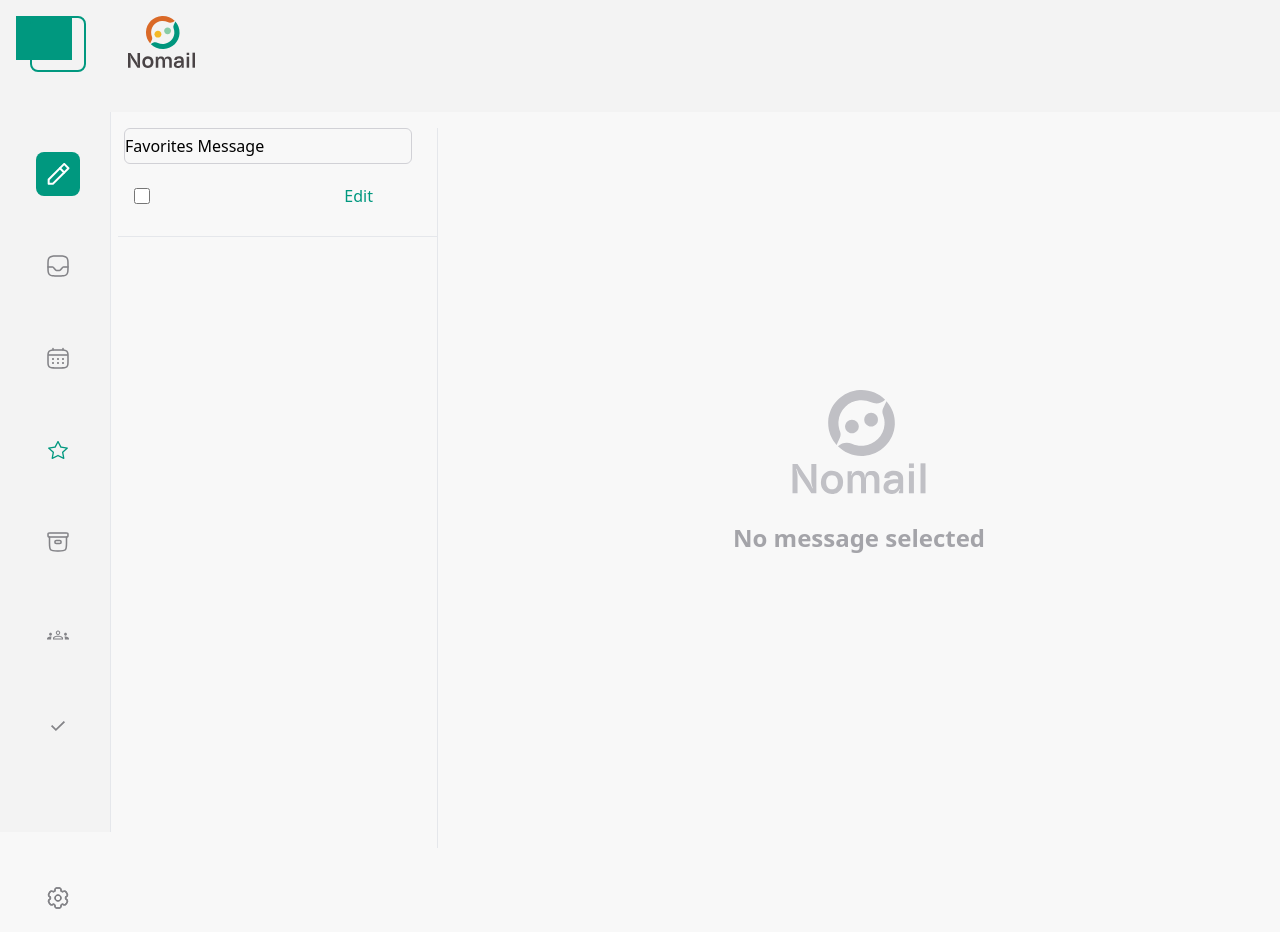
Repository: Tofigkh1/Nomail-App
Page: /favorites
An editor plug-in stored every save of this project. The page is shown before and after the next save, followed by the edit.
The browser window is 1280 px wide. The pictures show the whole page.
The project was rebuilt for these pictures with package versions that can differ from the ones it lists, and the page was loaded fresh each time. The framework's server and built-in components were replaced by stand-ins that run in the browser. Also part of the build but not shown: next.config.mjs, components/shared/svg/FavoritesSvg.jsx, components/shared/svg/calendarActiveSvg.jsx.

Above is the page before, as saved 2024-10-23 13:18:20.

### app/layout.tsx
import type { Metadata } from "next";
import localFont from "next/font/local";
import "./Styles/globals.css";
import Header from "@/components/shared/client/Header/header";

const geistSans = localFont({
  src: "./fonts/GeistVF.woff",
  variable: "--font-geist-sans",
  weight: "100 900",
});
const geistMono = localFont({
  src: "./fonts/GeistMonoVF.woff",
  variable: "--font-geist-mono",
  weight: "100 900",
});

export const metadata: Metadata = {
  title: "Create Next App",
  description: "Generated by create next app",
};

export default function RootLayout({
  children,
}: Readonly<{
  children: React.ReactNode;
}>) {
  return (
    <html lang="en">
      <body
        className={`${geistSans.variable} ${geistMono.variable} antialiased`}
      >
        {children}

      </body>
    </html>
  );
}

### app/Styles/globals.css
@tailwind base;
@tailwind components;
@tailwind utilities;

body{
  background-color: #f8f8f8;
}

.App {
  font-family: sans-serif;
  text-align: center;
}


:root {
  --background: #ffffff;
  --foreground: #171717;
}

@media (prefers-color-scheme: dark) {
  :root {
    --background: #0a0a0a;
    --foreground: #ededed;
  }
}


@layer utilities {
  .text-balance {
    text-wrap: balance;
  }
}

### components/shared/client/Header/header.tsx
import { useContext } from "react";
import { SidebarContext } from '../SideBarMenu/sideBarMenu'; // Import context
import NomailLogo from "@/components/shared/svg/headerlLogoSvg";
import HamburgerBtnSvg from "../../svg/hamburgerBtnSvg"



export default function Header() {

    const { expanded, setExpanded } = useContext(SidebarContext); // Access context

    return (
        <div className="flex items-center justify-between p-4 bg-headerColor text-white">
            <div className='w-auto h-20 flex gap-14'>

                <div>
                    <button onClick={() => setExpanded(!expanded)}
                            className="pl-3.5 bg-textColorGreen hover:bg-clientButtonGreen w-14 h-11">
                        <HamburgerBtnSvg/>
                    </button>
                </div>

                <div>
                    <NomailLogo/>
                </div>


            </div>
        </div>
    );
}

### components/shared/client/SideBarMenu/sideBarMenu.tsx
import React, { useState, useContext, ReactNode } from "react";
import { ChevronFirst, ChevronLast } from "lucide-react";


export const SidebarContext = React.createContext<{ expanded: boolean; setExpanded: (expanded: boolean) => void; }>({
    expanded: false,
    setExpanded: () => {},
});

// Sidebar component now depends on context for state
export default function Sidebar({ children }: { children: ReactNode }) {
    const { expanded, setExpanded } = useContext(SidebarContext);

    return (
        <aside className="h-screen bg-headerColor">
            <nav
                className={`h-full flex flex-col bg-headerColor border-r border-whiteLight3 transition-all duration-200 ease-in-out ml-3 ${expanded ? "w-[127%] h-[130%] " : "w-[99px]"}`}>

                <ul className=" flex-1 px-3">{children}</ul>
            </nav>
        </aside>
    );
}

// SidebarItem component for individual items inside the sidebar
type SidebarItemProps = {
    icon: ReactNode;   // Icon to display in the sidebar item
    text: string;      // Text to display in the sidebar item
    active: boolean;   // Boolean to determine if the item is active (highlighted)
    onClick: () => void; // Add onClick function to handle clicks
    style?: React.CSSProperties;
};

export function SidebarItem({icon, text, active, onClick,style}: SidebarItemProps) {
    const context = useContext(SidebarContext); // Sidebar context to manage expanded/collapsed state
    const {expanded} = context!;

    return (

        <li
            onClick={onClick} // Attach the click handler here
            style={style}
            className={`group relative flex items-center py-2 px-3 my-1 font-medium rounded-md cursor-pointer transition-colors mt-8
                ${
                  active
                    ? "text-mainRedLight" // Active item style
                    : expanded // Eğer expanded true ise hover stilini ekle
                    ? "hover:bg-textColorGreen"
                    : "" // Expanded değilse hover stili olmasın
                }`}
        >

            <span className="text-xl transition-all duration-300 ease-in-out">
        {icon}
      </span>

            {/* Text büyütüldü ve boşluk artırıldı */}
            {expanded && (
                <span className="ml-4 text-xl text-black transition-all duration-300 ease-in-out ">
          {text}
        </span>
            )}


            {!expanded && (
                <span
                    className={` absolute left-full whitespace-nowrap bg-textColorGreen text-white rounded-md py-1 px-2 transition-all duration-300 ease-in-out ml-2 opacity-0 group-hover:opacity-100`}
                >
          {text}
        </span>
            )}
        </li>
    );
}

### components/shared/svg/newMail.jsx
'use client'
export default function  newMail(){
    return(
        <>
            <svg width="44" height="44" viewBox="0 0 44 44" fill="none" xmlns="http://www.w3.org/2000/svg">
                <rect width="44" height="44" rx="8" fill="#00987F"/>
                <path fill-rule="evenodd" clip-rule="evenodd"
                      d="M27.5115 11.2439C27.902 10.8534 28.5351 10.8534 28.9257 11.2438L33.1687 15.4863C33.3562 15.6739 33.4616 15.9282 33.4616 16.1935C33.4616 16.4587 33.3562 16.7131 33.1687 16.9006L17.6122 32.4571C17.4247 32.6446 17.1703 32.75 16.9051 32.75H12.6626C12.1103 32.75 11.6626 32.3023 11.6626 31.75V27.5075C11.6626 27.2423 11.768 26.9879 11.9555 26.8004L27.5115 11.2439ZM28.2187 13.3652L13.6626 27.9217V30.75H16.4909L31.0473 16.1935L28.2187 13.3652Z"
                      fill="white"/>
                <path fill-rule="evenodd" clip-rule="evenodd"
                      d="M23.269 15.4864C23.6595 15.0959 24.2927 15.0959 24.6832 15.4864L28.9257 19.7289C29.3162 20.1194 29.3162 20.7526 28.9257 21.1431C28.5352 21.5336 27.902 21.5336 27.5115 21.1431L23.269 16.9006C22.8784 16.5101 22.8784 15.8769 23.269 15.4864Z"
                      fill="white"/>
            </svg>


        </>
    )
}

### components/shared/svg/ArchiveSvg.jsx
'use client'
export default function archiveSvg(){
    return(
        <>
            <svg width="44" height="44" viewBox="0 0 44 44" fill="none" xmlns="http://www.w3.org/2000/svg">
                <path
                    d="M19 22C19 21.534 19 21.301 19.076 21.117C19.1777 20.8725 19.3723 20.6783 19.617 20.577C19.801 20.5 20.034 20.5 20.5 20.5H23.5C23.966 20.5 24.199 20.5 24.383 20.576C24.6275 20.6777 24.8217 20.8723 24.923 21.117C25 21.301 25 21.534 25 22C25 22.466 25 22.699 24.924 22.883C24.8223 23.1275 24.6277 23.3217 24.383 23.423C24.199 23.5 23.966 23.5 23.5 23.5H20.5C20.034 23.5 19.801 23.5 19.617 23.424C19.3725 23.3223 19.1783 23.1277 19.077 22.883C19 22.699 19 22.466 19 22Z"
                    stroke="#A4A4A9" stroke-width="1.5"/>
                <path
                    d="M19 22C19 21.534 19 21.301 19.076 21.117C19.1777 20.8725 19.3723 20.6783 19.617 20.577C19.801 20.5 20.034 20.5 20.5 20.5H23.5C23.966 20.5 24.199 20.5 24.383 20.576C24.6275 20.6777 24.8217 20.8723 24.923 21.117C25 21.301 25 21.534 25 22C25 22.466 25 22.699 24.924 22.883C24.8223 23.1275 24.6277 23.3217 24.383 23.423C24.199 23.5 23.966 23.5 23.5 23.5H20.5C20.034 23.5 19.801 23.5 19.617 23.424C19.3725 23.3223 19.1783 23.1277 19.077 22.883C19 22.699 19 22.466 19 22Z"
                    stroke="black" stroke-opacity="0.2" stroke-width="1.5"/>
                <path
                    d="M30.5 17V23C30.5 26.771 30.5 28.657 29.328 29.828C28.157 31 26.271 31 22.5 31H21.5C17.729 31 15.843 31 14.672 29.828C13.5 28.657 13.5 26.771 13.5 23V17"
                    stroke="#A4A4A9" stroke-width="1.5" stroke-linecap="round"/>
                <path
                    d="M30.5 17V23C30.5 26.771 30.5 28.657 29.328 29.828C28.157 31 26.271 31 22.5 31H21.5C17.729 31 15.843 31 14.672 29.828C13.5 28.657 13.5 26.771 13.5 23V17"
                    stroke="black" stroke-opacity="0.2" stroke-width="1.5" stroke-linecap="round"/>
                <path
                    d="M12 15C12 14.057 12 13.586 12.293 13.293C12.586 13 13.057 13 14 13H30C30.943 13 31.414 13 31.707 13.293C32 13.586 32 14.057 32 15C32 15.943 32 16.414 31.707 16.707C31.414 17 30.943 17 30 17H14C13.057 17 12.586 17 12.293 16.707C12 16.414 12 15.943 12 15Z"
                    stroke="#A4A4A9" stroke-width="1.5"/>
                <path
                    d="M12 15C12 14.057 12 13.586 12.293 13.293C12.586 13 13.057 13 14 13H30C30.943 13 31.414 13 31.707 13.293C32 13.586 32 14.057 32 15C32 15.943 32 16.414 31.707 16.707C31.414 17 30.943 17 30 17H14C13.057 17 12.586 17 12.293 16.707C12 16.414 12 15.943 12 15Z"
                    stroke="black" stroke-opacity="0.2" stroke-width="1.5"/>
            </svg>

        </>
    )
}

### components/shared/svg/TodoSvg.jsx
'use client'
export default function  todoSvg(){
    return(
        <>
            <svg width="44" height="44" viewBox="0 0 44 44" fill="none" xmlns="http://www.w3.org/2000/svg">
                <path d="M19.8957 27L15 22.2599L16.2239 21.0748L19.8957 24.6299L27.7761 17L29 18.185L19.8957 27Z"
                      fill="#A4A4A9"/>
                <path d="M19.8957 27L15 22.2599L16.2239 21.0748L19.8957 24.6299L27.7761 17L29 18.185L19.8957 27Z"
                      fill="black" fill-opacity="0.2"/>
            </svg>

        </>
    )
}

### components/shared/svg/FavoritesActiveSvg.jsx
'use client'
export default function  favoritesActiveSvg(){
    return(
        <>
        <svg width="44" height="44" viewBox="0 0 44 44" fill="none" xmlns="http://www.w3.org/2000/svg">
<path d="M15.5808 30.2201C15.4833 30.7528 16.0307 31.1692 16.5132 30.9316L22.0006 28.2246L27.4868 30.9316C27.9693 31.1692 28.5168 30.7528 28.4193 30.2213L27.3818 24.5457L31.7842 20.5188C32.1967 20.142 31.9842 19.4533 31.4317 19.3789L25.3093 18.5438L22.5794 13.3517C22.5274 13.2465 22.4453 13.1576 22.3428 13.0953C22.2402 13.0331 22.1214 13 22 13C21.8787 13 21.7598 13.0331 21.6573 13.0953C21.5547 13.1576 21.4727 13.2465 21.4206 13.3517L18.6907 18.545L12.5683 19.3801C12.0171 19.4545 11.8033 20.1432 12.2146 20.52L16.6182 24.5469L15.5808 30.2225V30.2201ZM21.7119 26.8999L17.1045 29.1725L17.972 24.4245C17.9928 24.3152 17.9852 24.2026 17.9496 24.0969C17.914 23.9911 17.8517 23.8955 17.7682 23.8185L14.1358 20.4948L19.2007 19.8037C19.3054 19.788 19.4046 19.7484 19.4901 19.6883C19.5756 19.6281 19.6448 19.5492 19.6919 19.4581L21.9981 15.0688L24.3068 19.4581C24.354 19.5492 24.4232 19.6281 24.5086 19.6883C24.5941 19.7484 24.6934 19.788 24.7981 19.8037L29.863 20.4936L26.2306 23.8173C26.1469 23.8944 26.0844 23.9903 26.0488 24.0962C26.0133 24.2022 26.0057 24.315 26.0268 24.4245L26.8943 29.1725L22.2869 26.8999C22.1979 26.8555 22.0991 26.8324 21.9988 26.8324C21.8985 26.8324 21.8009 26.8555 21.7119 26.8999Z" fill="#00987F"/>
</svg>



        </>
    )
}

### components/shared/client/FavoritesMessage/index.tsx
import CheckboxComponent from "../CheckBox";
import SearchIconSvg from "../../svg/SearchIconSvg";

export default function FavoritesMessage() {

    return (
        <>
            <div className='w-80 h-screen border-r border-whiteLight3 '>
                {/* Search bar container */}
                <div className="flex items-center border border-bordersColor rounded-md w-72 h-9 ml-1.5 mt-4">

                   <h1>Favorites Message</h1>


                </div>

                <div className='flex text-textColGreen font-medium justify-between mt-2'>
                    <CheckboxComponent />
                    <button className=" mr-16">Edit</button>
                </div>
                <div className="border-b border-whiteLight3 mt-4 w-full"></div>

            </div>
        </>
    );
}

### components/shared/svg/headerlLogoSvg.jsx
'use client'
export default function  NomailLogo(){
    return(
        <>
            <svg width="67" height="52" viewBox="0 0 67 52" fill="none" xmlns="http://www.w3.org/2000/svg">
                <path
                    d="M9.48124 45.6565C9.48124 46.5455 9.81469 47.7819 10.2082 49.1188L9.9792 49.1908C9.41677 47.6989 9.10554 46.8513 8.20077 45.4205L2.53426 36.9821H0V51.6942H2.53648V43.6446C2.53648 42.2051 2.29639 40.7437 1.88069 39.4658L2.10966 39.385C2.54537 40.7546 3.1078 42.1548 4.03258 43.5747L9.48124 51.6964H12.0177V36.9843H9.48124V45.6586V45.6565Z"
                    fill="#494345"/>
                <path
                    d="M19.8894 40.3527C18.7868 40.3527 17.8198 40.5973 16.9773 41.0888C15.3033 42.0696 14.3052 43.8587 14.3052 46.1763C14.3052 47.3101 14.5341 48.3214 15.001 49.1908C15.9169 50.9471 17.6419 52 19.8872 52C21.0098 52 21.9969 51.7553 22.8394 51.2551C24.5245 50.2743 25.4915 48.4656 25.4915 46.1785C25.4915 45.0448 25.2625 44.0334 24.8046 43.1553C23.8798 41.4078 22.1436 40.3571 19.8872 40.3571L19.8894 40.3527ZM19.8894 49.6911C17.9665 49.6911 16.9573 48.3127 16.9573 46.1763C16.9573 44.04 17.9354 42.6616 19.8894 42.6616C21.8435 42.6616 22.8416 44.04 22.8416 46.1763C22.8416 48.3127 21.8857 49.6911 19.8894 49.6911Z"
                    fill="#494345"/>
                <path
                    d="M39.9257 40.3833C39.1765 40.3833 38.5118 40.5559 37.9405 40.8944C36.9157 41.5061 36.6645 42.465 36.6178 43.7233H36.391V43.4065C36.391 42.8342 36.2777 42.323 36.0576 41.8731C35.5996 40.984 34.7371 40.3811 33.2299 40.3811C32.4718 40.3811 31.8049 40.5449 31.2447 40.8726C30.5623 41.2767 30.051 41.8796 29.7531 42.6092H29.4552C29.7264 42.2313 29.9754 41.5061 29.9754 40.9753V40.6585H27.7612V51.692H30.2888V44.8985C30.2888 43.5201 31.1402 42.5786 32.3985 42.5786C33.719 42.5786 34.5304 43.4786 34.5304 45.0208V51.692H37.0246V44.9291C37.0246 43.448 37.9094 42.5786 39.1454 42.5786C40.4459 42.5786 41.2662 43.4786 41.2662 44.9902V51.692H43.7715V44.3677C43.7715 41.9866 42.4088 40.3833 39.9234 40.3833H39.9257Z"
                    fill="#494345"/>
                <path
                    d="M50.9986 40.3527C48.3466 40.3527 46.3414 41.4253 46.2569 44.0509L48.7823 44.0924C48.8334 43.0395 49.9894 42.6114 50.9964 42.6114C52.6014 42.6114 53.2595 43.234 53.3017 44.7172C52.8971 44.7106 52.5325 44.7062 52.2146 44.7062C51.1231 44.7062 49.8227 44.6647 48.3154 45.1868C46.5993 45.7591 45.8501 47.0676 45.8501 48.671C45.8501 49.2739 45.9968 49.8353 46.2858 50.3355C46.8571 51.3469 47.9909 52 49.6137 52C51.6411 52 52.7949 51.3556 54.0953 49.4857L54.3132 49.6583C53.9597 50.1083 53.5551 50.792 53.5551 51.3032V51.692H55.7493V44.9181C55.7493 43.9679 55.7293 43.1815 55.3224 42.4039C54.5844 40.9425 53.0038 40.3505 50.9964 40.3505L50.9986 40.3527ZM53.0149 48.21C52.9327 48.4656 52.7748 48.7299 52.537 49.0074C52.059 49.5797 51.2476 50.0384 50.1139 50.0384C48.9801 50.0384 48.3043 49.4552 48.3043 48.6382C48.3043 47.9436 48.7311 47.4018 49.5403 47.013C49.8516 46.8797 50.205 46.7989 50.6118 46.7683C51.2565 46.7094 52.1057 46.6875 53.2595 46.7181C53.2484 47.1856 53.2039 47.7513 53.0127 48.2079L53.0149 48.21Z"
                    fill="#494345"/>
                <path d="M61.1667 36.7266H58.6614V38.9852H61.1667V36.7266Z" fill="#494345"/>
                <path d="M61.1667 40.6607H58.6614V51.6942H61.1667V40.6607Z" fill="#494345"/>
                <path d="M67 36.6763H64.4946V51.6942H67V36.6763Z" fill="#494345"/>
                <path
                    d="M46.6436 4.83195L46.5013 4.97176C44.6829 6.75861 41.9374 7.16491 39.601 6.11202C37.8537 5.32563 35.8708 4.95428 33.7833 5.12248C28.1479 5.57684 23.6041 10.0746 23.1795 15.6142C23.0416 17.4186 23.3284 19.1377 23.9531 20.6908C24.3888 21.7699 24.3088 22.9844 23.8108 24.0373L22.1969 27.4407C19.4203 24.365 17.7953 20.2583 17.9887 15.7802C18.3577 7.33966 25.3069 0.450017 33.8923 0.021872C38.8741 -0.227151 43.4135 1.658 46.6436 4.83195Z"
                    fill="#DA6927"/>
                <path
                    d="M51.5499 17.1389C51.2276 25.5795 44.3117 32.5019 35.7286 32.9738C30.7179 33.249 26.1451 31.3573 22.895 28.1681L23.0351 28.0304C24.8513 26.2458 27.5923 25.8351 29.9265 26.8858C31.6871 27.6787 33.6856 28.0523 35.7886 27.8753C41.4173 27.4035 45.9434 22.8992 46.3547 17.3618C46.4881 15.5662 46.1991 13.8536 45.5766 12.3048C45.1431 11.2301 45.2209 10.0177 45.7189 8.96923L47.3373 5.55936C50.0983 8.61972 51.7189 12.6893 51.5477 17.1389H51.5499Z"
                    fill="#00967D"/>
                <path
                    d="M29.9397 21.5908C31.8476 21.5908 33.3943 20.071 33.3943 18.1962C33.3943 16.3214 31.8476 14.8016 29.9397 14.8016C28.0318 14.8016 26.4851 16.3214 26.4851 18.1962C26.4851 20.071 28.0318 21.5908 29.9397 21.5908Z"
                    fill="#F4B826"/>
                <path
                    d="M39.5964 18.1984C41.5044 18.1984 43.051 16.6786 43.051 14.8038C43.051 12.929 41.5044 11.4092 39.5964 11.4092C37.6885 11.4092 36.1418 12.929 36.1418 14.8038C36.1418 16.6786 37.6885 18.1984 39.5964 18.1984Z"
                    fill="#88CCA7"/>
            </svg>


        </>
    )
}

### components/shared/svg/hamburgerBtnSvg.jsx
'use client'
export default function  HamburgerBtnSvg(){
    return(
        <>
            <svg width="56" height="56" viewBox="0 0 56 56" fill="none" xmlns="http://www.w3.org/2000/svg">
                <rect x="1" y="1" width="54" height="54" rx="7" stroke="#00987F" stroke-width="2"/>
                <path d="M19 22H37V24H19V22ZM19 27H37V29H19V27ZM19 32H37V34H19V32Z" fill="#00987F"/>
            </svg>


        </>
    )
}

### components/shared/client/CheckBox/index.tsx
import { useState } from 'react';

export default function CheckboxComponent() {

    const [isChecked, setIsChecked] = useState(false);


    const handleCheckboxChange = (event) => {
        setIsChecked(event.target.checked);
    };

    return (
        <div className="p-4 ">
            <label className="flex items-center space-x-2 ">
                <input
                    type="checkbox"
                    checked={isChecked}
                    onChange={handleCheckboxChange}
                    className="h-4 w-4"
                />

            </label>
        </div>
    );
}

### tailwind.config.ts
import type { Config } from "tailwindcss";

const config: Config = {
  content: [
    "./pages/**/*.{js,ts,jsx,tsx,mdx}",
    "./components/**/*.{js,ts,jsx,tsx,mdx}",
    "./app/**/*.{js,ts,jsx,tsx,mdx}",
  ],
  theme: {
    extend: {
      colors: {
        background: "var(--background)",
        foreground: "var(--foreground)",
        headerColor: "#F3F3F3",
        textColorGreen: "#00987F",
        textGray: "#A4A4A9",
        sideBarColor: "#E5E5E5",
        textColGreen: "#00987F",
        bordersColor: "#D1D1D6"
      },
    },
  },
  plugins: [],
};
export default config;

Loaded but not shown: components/shared/svg/settingSvg.jsx (25 lines, source omitted); components/shared/svg/calendarSvg.jsx (29 lines, source omitted); components/shared/svg/InboxSvg.jsx (17 lines, source omitted); components/shared/svg/groupSvg.jsx (17 lines, source omitted); app/favorites/page.tsx (110 lines, source omitted); components/shared/svg/nomailPaleSvg.jsx (38 lines, source omitted)

After the next save:
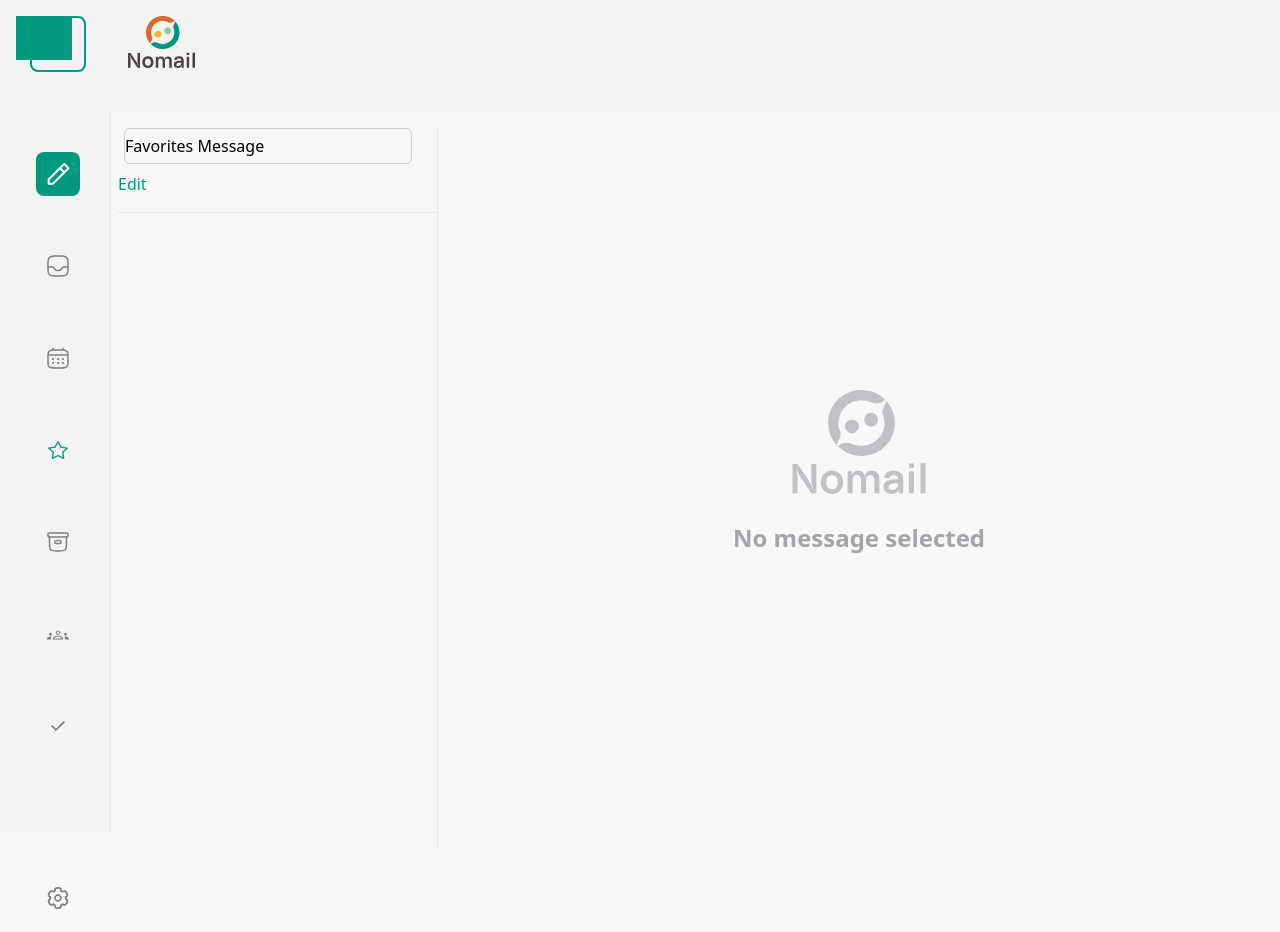
Saved 11 s later.
--- a/components/shared/client/FavoritesMessage/index.tsx
+++ b/components/shared/client/FavoritesMessage/index.tsx
@@ -15,7 +15,7 @@
                 </div>
 
                 <div className='flex text-textColGreen font-medium justify-between mt-2'>
-                    <CheckboxComponent />
+
                     <button className=" mr-16">Edit</button>
                 </div>
                 <div className="border-b border-whiteLight3 mt-4 w-full"></div>
